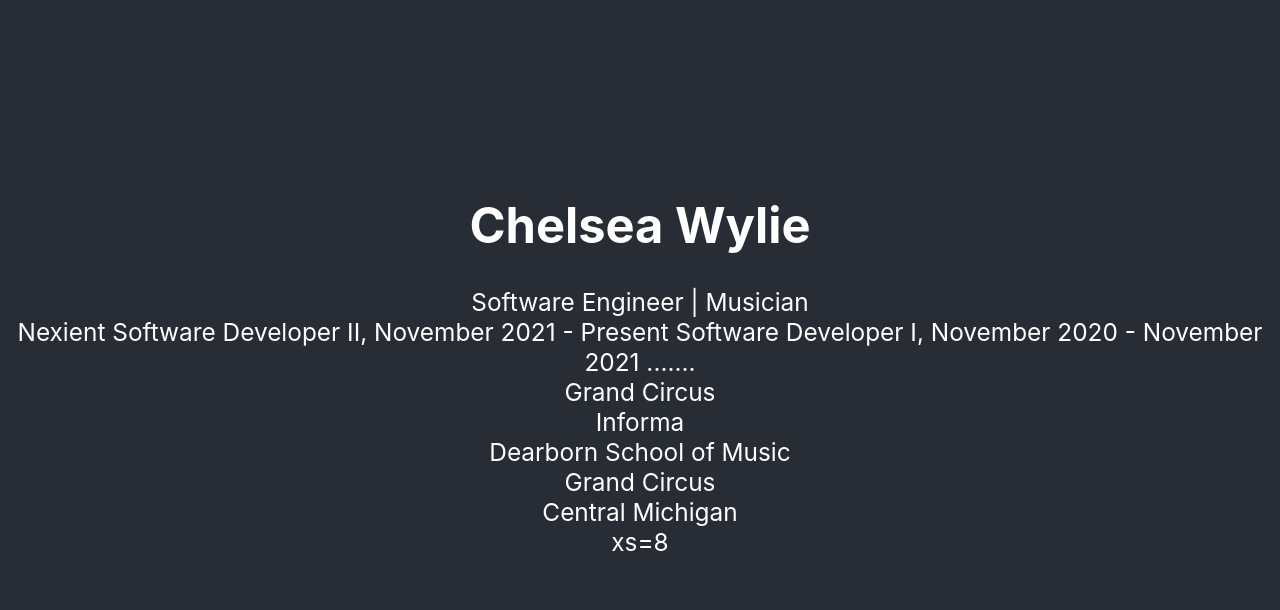
Repository: chelsswylie/portfolio
Page: /
These files come from the project's save history. The page is drawn as it stood at one moment and after the next save; the edit follows.
The browser window is 1280 px wide. The pictures show the whole page.
The project was rebuilt for these pictures with package versions that can differ from the ones it lists, and the page was loaded fresh each time.

Above is the page before, as saved 2022-06-05 19:01:22.

After the next save:
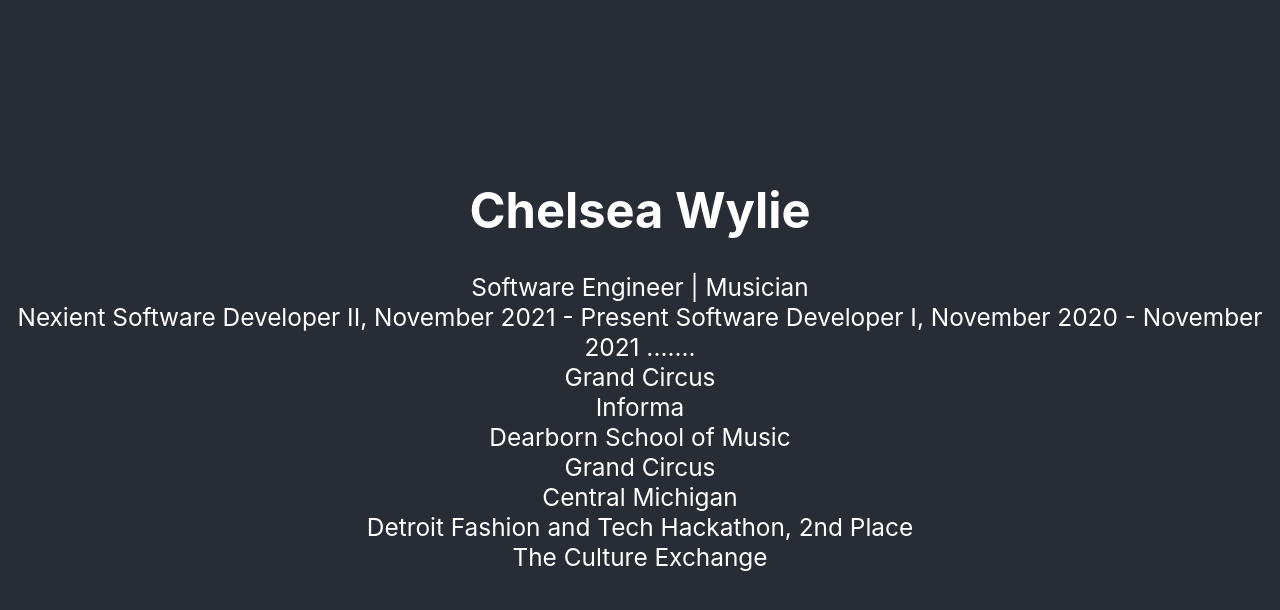
Saved 9 s later.
--- a/src/components/atom/Grid.js
+++ b/src/components/atom/Grid.js
@@ -18,7 +18,7 @@
     <EducationContainer />
   </div>
   <div className="grid-item">
-    <div>xs=8</div>
+    <PortfolioContainer />
   </div>
 </div>
     )
